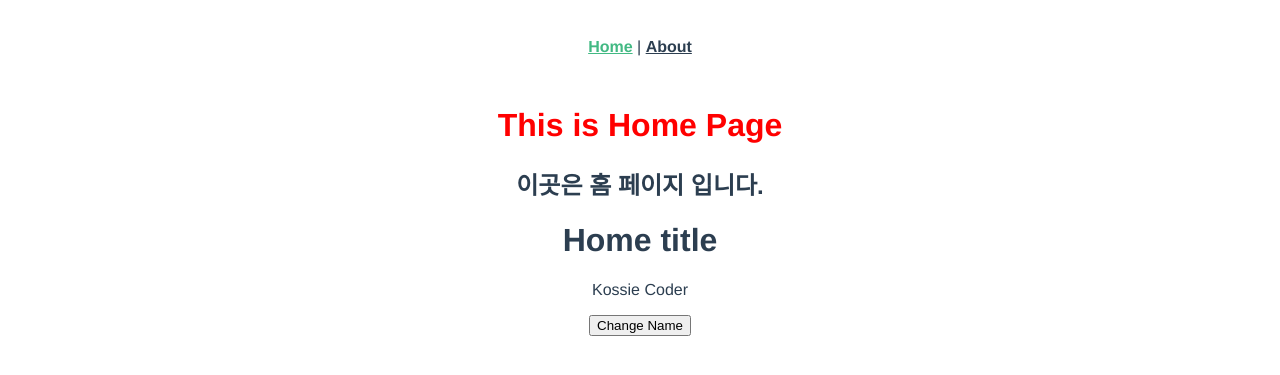
Repository: RyuGeunHwan/code_J
Page: / (app in vue-props/)
These files come from the project's save history. The page is drawn as it stood at one moment and after the next save; the edit follows.
The browser window is 1280 px wide. The pictures show the whole page.
The project was rebuilt for these pictures with package versions that can differ from the ones it lists, and the page was loaded fresh each time.

Above is the page before, as saved 2022-08-12 08:31:52.

### vue-props/src/views/Home.vue
<!-- template태그 : HTML이 들어가는 구역  -->
<template>
  <div>
    <h1>This is Home Page</h1>
    <h2>이곳은 홈 페이지 입니다.</h2>
    <KossieCoder title="Home title" props="Home props"/>
  </div>
</template>

<!-- script태그 : 옵션,데이터,computed,watch 등이 들어가는 구역 -->
<script>
import KossieCoder from '@/components/KossieCoder.vue';


export default {
  components: {
    // import한 컴포넌트를 사용하겠다는 설정
    KossieCoder
  }
}
</script>


<!-- style : CSS코드 -->
<!-- scoped를 넣어줘야 위에보이는 template의 html태그에 적용이 된다. scoped를 않넣으면 vue어플리케이션 전체에 적용이 된다.-->
<style scoped>
h1{
  color : red
}
</style>

### vue-props/src/components/KossieCoder.vue
<template>
    <div>
        <h1>{{title}}</h1>
        <h2>{{props}}</h2>
        <p>{{  name  }}</p>
        <button @click="updateName">Change Name</button>
    </div>
</template>

<script>
export default {
    props: {
        title: {
            type : String,
            required : true
            //required = 무조건 항상 보내줘야한다는것
        }
    },
    data(){
        return{
            name : 'Kossie Coder'
        }
    },
    methods: {
        updateName(){
            this.name = 'Kossie Coder Updated'
        }
    }

}
</script>

<style scoped>

</style>

Loaded but not shown: vue-props/public/index.html (common file); vue-props/src/main.js (common file); vue-props/src/App.vue (common file); vue-props/src/router/index.js (common file); vue-props/src/store/index.js (common file)

After the next save:
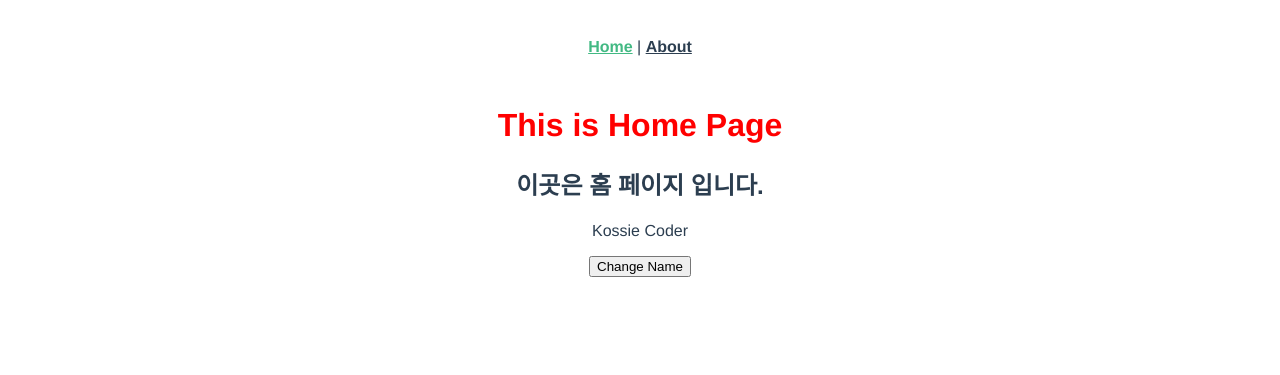
Saved 28 s later.
--- a/vue-props/src/views/Home.vue
+++ b/vue-props/src/views/Home.vue
@@ -3,7 +3,7 @@
   <div>
     <h1>This is Home Page</h1>
     <h2>이곳은 홈 페이지 입니다.</h2>
-    <KossieCoder title="Home title" props="Home props"/>
+    <KossieCoder />
   </div>
 </template>
 
